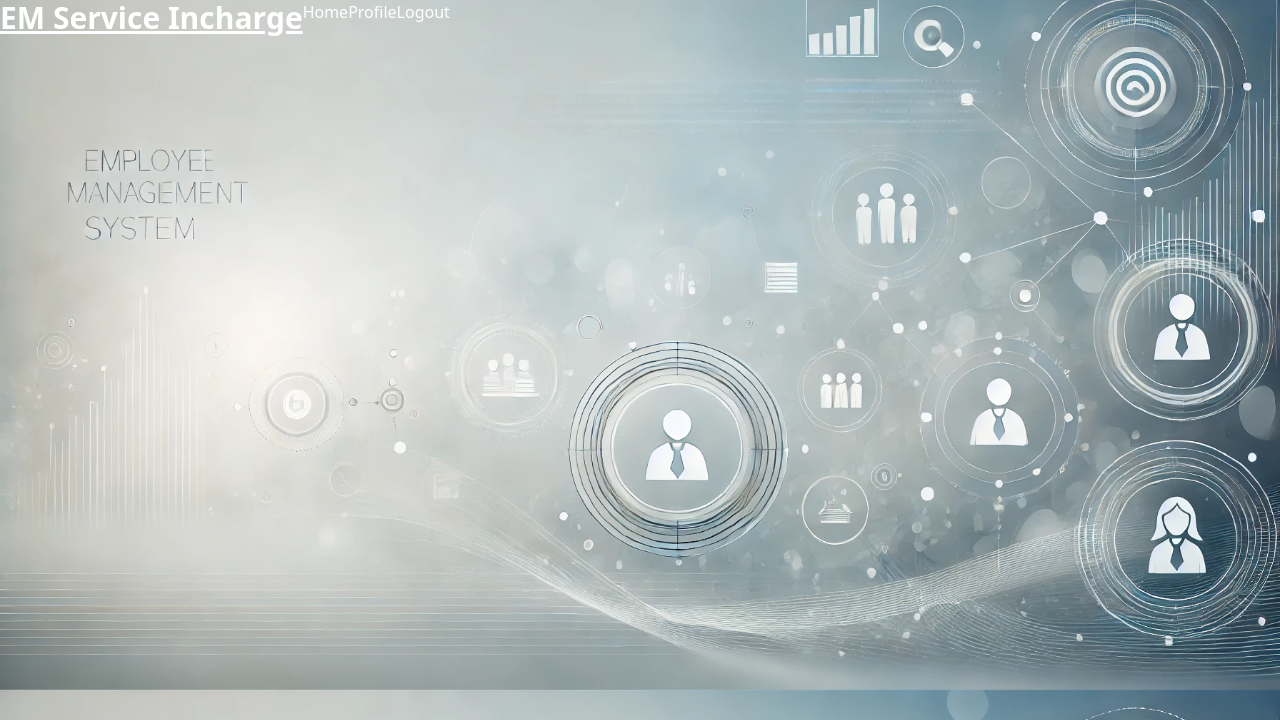
Repository: Vaibhav979/EmployeeManagement-Spring
Page: / (app in em-project-view/)
These files come from the project's save history. The page is drawn as it stood at one moment and after the next save; the edit follows.
The browser window is 1280 px wide. The pictures show the whole page.
The project was rebuilt for these pictures with package versions that can differ from the ones it lists, and the page was loaded fresh each time. Also part of the build but not shown: em-project-view/vite.config.js.

Above is the page before, as saved 2025-01-02 22:32:49.

After the next save:
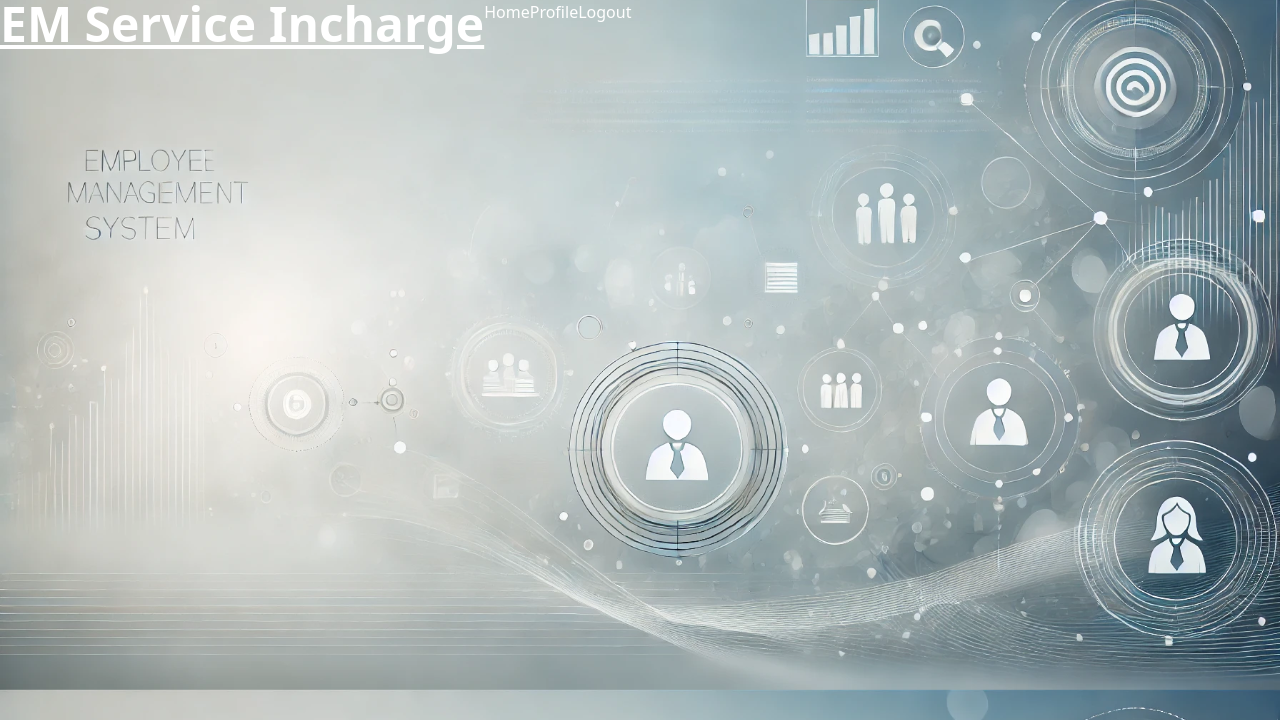
Saved 16 s later.
--- a/em-project-view/src/App.jsx
+++ b/em-project-view/src/App.jsx
@@ -4,7 +4,7 @@ import "./App.css";
 function App() {
   return (
     <div className="flex">
-      <h1 className="text-3xl font-bold underline">EM Service Incharge</h1>
+      <h1 className="text-5xl font-bold underline">EM Service Incharge</h1>
       <a href="/"> Home </a>
       <a href="/"> Profile </a>
       <a href="/"> Logout</a>
